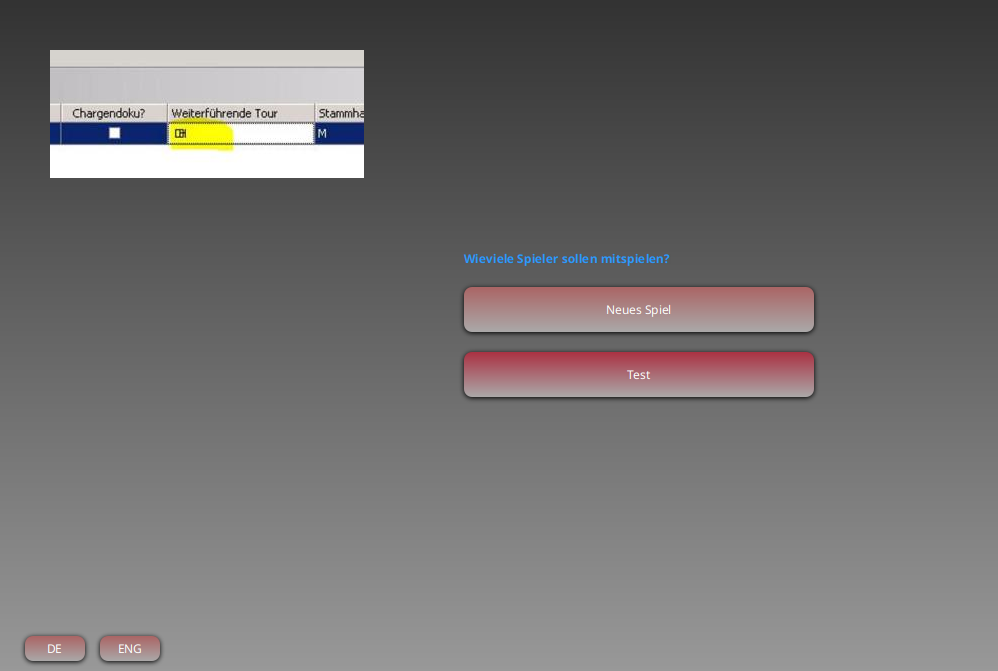
Repository: berger-designz/MenschAergereDichNicht
Program's window: java MenschAergereDichNicht/src/Game_GUI/GUI_Primary.java
An editor plug-in stored every save of this project. The program's window is shown before and after the next save, followed by the edit.
It runs on Java 21 on a 1366 x 768 screen with JavaFX 11; the title bar is not drawn. It also reads MenschAergereDichNicht/src/style/test_pic_1.jpg.

Above is the program's window before, as saved 2016-05-25 14:29:21.

### MenschAergereDichNicht/src/Game_GUI/GUI_Primary.java
package Game_GUI;

import java.io.File;
import java.io.IOException;

import javafx.application.Application;
import javafx.application.Platform;
import javafx.collections.FXCollections;
import javafx.collections.ObservableList;
import javafx.event.EventHandler;
import javafx.fxml.FXMLLoader;
import javafx.geometry.Insets;
import javafx.scene.Scene;
import javafx.scene.control.Button;
import javafx.scene.control.Label;
import javafx.scene.control.ListView;
import javafx.scene.control.ToolBar;
import javafx.scene.image.Image;
import javafx.scene.image.ImageView;
import javafx.scene.layout.BorderPane;
import javafx.scene.layout.HBox;
import javafx.scene.layout.Priority;
import javafx.scene.layout.VBox;
import javafx.scene.paint.Color;
import javafx.scene.text.Font;
import javafx.scene.text.FontWeight;
import javafx.stage.Stage;
import javafx.stage.WindowEvent;

public class GUI_Primary extends Application
{

	private static Label top_label;
	private static Label bottom_label;
	private static Button gameStart_Button;
	private static Button test_button;
	private static Button lang_de_Button;
	private static Button lang_en_Button;
	private static ToolBar main_toolbar;

	public void startView(){
		// show GUI (JavaFX)
		String value = ""; // TODO: Welcher wert muss da sein ?
		launch(value);
		System.out.println("started");

	}

	@Override
	public void start(Stage stage) throws Exception
	{
		/*Image img1 = new Image ("test_pic_1.jpg");
		ImageView imgView1 = new ImageView(img1);*/
		Image img1 = new Image (new File("src/style/test_pic_1.jpg").toURI().toString());
		ImageView imgView1 = new ImageView(img1);

		/*Image img2 = new Image ("style/table.jpg", true);
		ImageView sub_image = new ImageView(img2);*/


		top_label = new Label("Wieviele Spieler sollen mitspielen?");
		top_label.setTextFill(Color.web("#2E9AFE"));
		top_label.setFont(Font.font("Verdana", FontWeight.BOLD, 12));

		bottom_label = new Label();
		bottom_label.setTextFill(Color.web("#2E9AFE"));
		bottom_label.setFont(Font.font("Verdana", FontWeight.BOLD, 12));





		gameStart_Button = new Button("Neues Spiel");
		gameStart_Button.setMaxSize(350, 0);
		gameStart_Button.setStyle(getUserAgentStylesheet());
		test_button = new Button("Test");
		test_button.setMaxSize(350, 0);

		lang_de_Button = new Button("DE");
		lang_de_Button.setMaxSize(500, 350);
		lang_en_Button = new Button("ENG");
		lang_en_Button.setMaxWidth(Double.MAX_VALUE);

		VBox vbox = new VBox();
		VBox.setVgrow(gameStart_Button, Priority.ALWAYS);
		gameStart_Button.setMinHeight(45);
		VBox.setVgrow(test_button, Priority.ALWAYS);
		test_button.setMinHeight(45);
		vbox.getChildren().addAll(top_label, gameStart_Button, test_button);
		vbox.setPadding(new Insets(250, 50, 50, 50));
		vbox.setSpacing(20);


		HBox hbox_bottom = new HBox();
		HBox.setHgrow(lang_de_Button, Priority.ALWAYS);
	    HBox.setHgrow(lang_en_Button, Priority.ALWAYS);
	    lang_de_Button.setMaxWidth(60);
	    lang_en_Button.setMaxWidth(60);
		hbox_bottom.getChildren().addAll(bottom_label, lang_de_Button, lang_en_Button);
		hbox_bottom.setSpacing(5);
		hbox_bottom.setPadding(new Insets(10, 10, 10, 10));
		hbox_bottom.setSpacing(15);

		HBox hbox_left = new HBox();
		hbox_left.getChildren().addAll(imgView1);
		hbox_left.setPadding(new Insets(50, 50, 50, 50));

		HBox hbox_right = new HBox();
		hbox_right.setPadding(new Insets(50, 50, 50, 50));

		BorderPane main_pane = new BorderPane();
		main_pane.setCenter(vbox);
		main_pane.setLeft(hbox_left);
		main_pane.setBottom(hbox_bottom);
		main_pane.setRight(hbox_right);

		Scene main_scene = new Scene(main_pane);
		main_scene.getStylesheets().add("style/style.css");

		stage.centerOnScreen();
		stage.setTitle("Game - Mensch ärgere Dich nicht");
		stage.setHeight(700);
		stage.setWidth(1000);
		stage.setScene(main_scene);
		stage.show();
		stage.setOnCloseRequest(new EventHandler<WindowEvent>() {
            public void handle(WindowEvent t) {
                Platform.exit();
                System.exit(0);
            }
        });



	}
	}

### MenschAergereDichNicht/src/style/style.css
.root {
	-fx-background-color: linear-gradient(#333333, #999999);
}

.button {
	//-fx-background-color: #AA3344;
	-fx-background-color: linear-gradient(#AA6666, #AAAAAA);
	-fx-text-fill: #FFFFFF;
	-fx-background-radius: 8,7,6;
    -fx-background-insets: 0,1,2;
    -fx-effect: dropshadow( three-pass-box , rgba(0,0,0,3) , 5, 0.0 , 0 , 1 );
    -fx-font-size:12;
}

.button_test {
	//-fx-background-color: #AA3344;
	-fx-background-color: linear-gradient(#AA6666, #AAAAAA);
	-fx-text-fill: #FFFFFF;
	-fx-background-radius: 8,7,6;
    -fx-background-insets: 0,1,2;
    -fx-effect: dropshadow( three-pass-box , rgba(0,0,0,3) , 5, 0.0 , 0 , 1 );
    -fx-font-size:22;
}

.button:hover {
	-fx-background-color: linear-gradient(#AA3344, #AAAAAA);
	-fx-text-fill: #FFFFFF;
}

.button:pressed {
    -fx-effect: dropshadow( gaussian , rgba(0,0,0,0.7) , 10,0,0,1 );
    -fx-effect: innershadow( gaussian , rgba(0,0,0,0.7) , 20,0,0,0 );
}

.text-field {
	-fx-border-color: #AAAAAA;
	-fx-border-width: 2px;
}

.list-view {
	-fx-font: bold 12pt "Comic Sans MS";
}

.list-view *.scroll-bar:vertical {
    -fx-background-color: #AA3344;
    -fx-background-radius: 5;
}

.list-view:hover *.scroll-bar:vertical {
    -fx-background-color: linear-gradient(#AAAAAA, #AA3344);
    -fx-background-radius: 5;
}

After the next save:
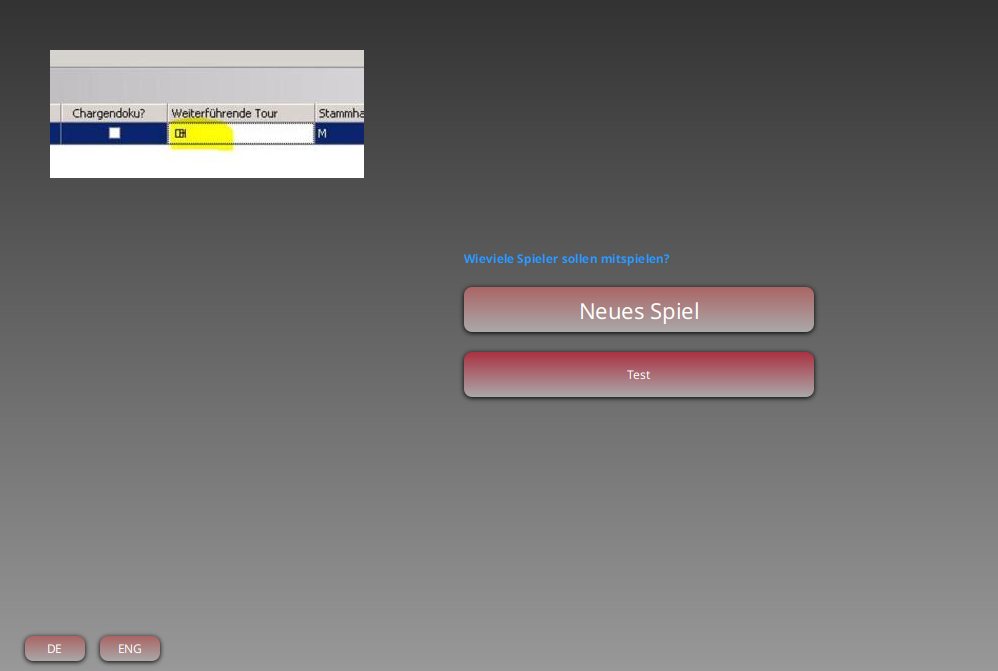
Saved 4 min 25 s later.
--- a/MenschAergereDichNicht/src/Game_GUI/GUI_Primary.java
+++ b/MenschAergereDichNicht/src/Game_GUI/GUI_Primary.java
@@ -72,7 +72,7 @@
 
 		gameStart_Button = new Button("Neues Spiel");
 		gameStart_Button.setMaxSize(350, 0);
-		gameStart_Button.setStyle(getUserAgentStylesheet());
+		gameStart_Button.getStyleClass().add("button_test");
 		test_button = new Button("Test");
 		test_button.setMaxSize(350, 0);
 
